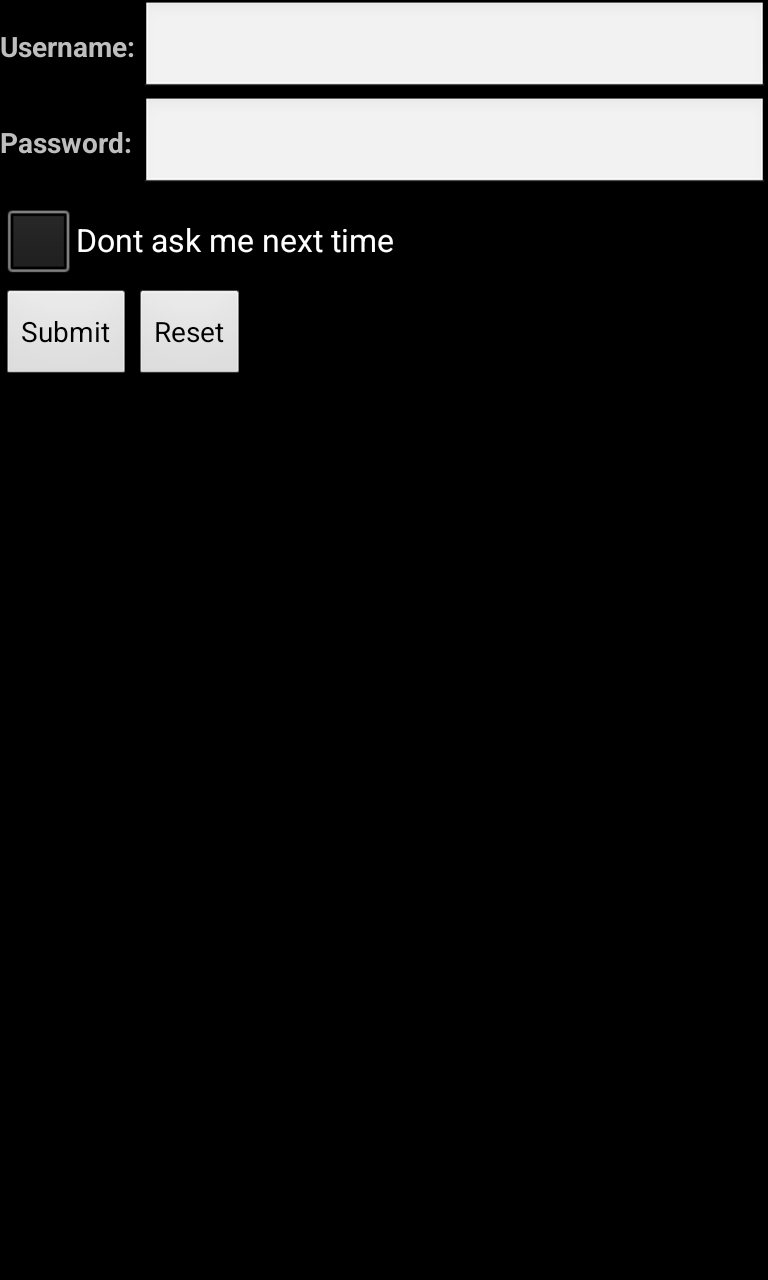
Repository: World-Three-Technologies/Masxaro-Prototype
Layout: Android/W3T/res/layout/main_login.xml
An editor plug-in stored every save of this project. The layout is shown before and after the next save, followed by the edit.
It is drawn on a 768 x 1280 px phone screen (xhdpi) without system bars, with theme android:Theme; the app's code is not run.

Above is the layout before, as saved 2011-06-03 08:18:01.

### Android/W3T/res/layout/main_login.xml
<?xml version="1.0" encoding="utf-8"?>
<LinearLayout xmlns:android="http://schemas.android.com/apk/res/android"
    android:layout_width="fill_parent"
    android:layout_height="fill_parent"
    android:orientation="vertical"
>
	<LinearLayout android:orientation="vertical"
		android:layout_width="fill_parent" android:layout_height="wrap_content"
	>
		<TableLayout android:layout_width="fill_parent"
		    android:layout_height="fill_parent"
		    android:stretchColumns="1"
		    android:shrinkColumns="0"
	    >
			<TableRow>
				<TextView android:text="@string/main_label_user"
					android:textStyle="bold"
					android:gravity="left"
					android:paddingRight="3dip"
				/>
				<EditText android:id="@+id/username"
		    		android:layout_height="wrap_content"
				/>
			</TableRow>

		    <TableRow>
				<TextView android:text="@string/main_label_password"
					android:textStyle="bold"
					android:gravity="left"
					android:paddingRight="3dip"
				/>
				<EditText android:id="@+id/password"
		    		android:layout_height="wrap_content"
		    		android:inputType="textPassword"
				/>
			</TableRow>
		</TableLayout>
	</LinearLayout>

    <CheckBox android:id="@+id/keep_login_box"
		android:text="@string/keep_login_label"
		android:layout_height="wrap_content" android:layout_width="fill_parent"
		android:layout_gravity="left"
	/>


	<LinearLayout android:orientation="horizontal"
		android:layout_width="fill_parent" android:layout_height="wrap_content"
		android:layout_gravity="right"
	>
		<Button android:text="Submit"
			android:id="@+id/submit_button"
			android:layout_height="wrap_content" android:layout_width="wrap_content"
		/>
	    <Button android:text="Reset"
			android:id="@+id/reset_button"
			android:layout_height="wrap_content" android:layout_width="wrap_content"
		/>
	</LinearLayout>

</LinearLayout>

### Android/W3T/res/values/strings.xml
<?xml version="1.0" encoding="utf-8"?>
<resources>
    <string name="app_name">W3T_app</string>
    <string name="main_label_user">Username:</string>
    <string name="main_label_password">Password:</string>
    <string name="main_button_submit">Submit</string>
    <string name="main_button_cancel">Cancel</string>
    <string name="user_info">User</string>
    <string name="receipt_info">Receipt</string>
    <string name="nfc">nfc_view</string>
    <string name="user_info_name_label">Name:</string>
    <string name="user_info_account_name_label">Account Name:</string>
    <string name="receipt_info_sort_label">Sort By:</string>
    <string name="receipt_info_total_label">Total:</string>
    <string name="receipt_info_store_name_label">Store Name:</string>
    <string name="receipt_info_date_label">Date:</string>
    <string name="receipt_info_id_label">Receipt ID:</string>
    <string name="receipt_info_list_label">Select a receipt:</string>
    <string name="NFC_text">NFC Communicating</string>
    <string name="keep_login_label">Dont ask me next time</string>
    <string name="configuration">Settings</string>
</resources>

After the next save:
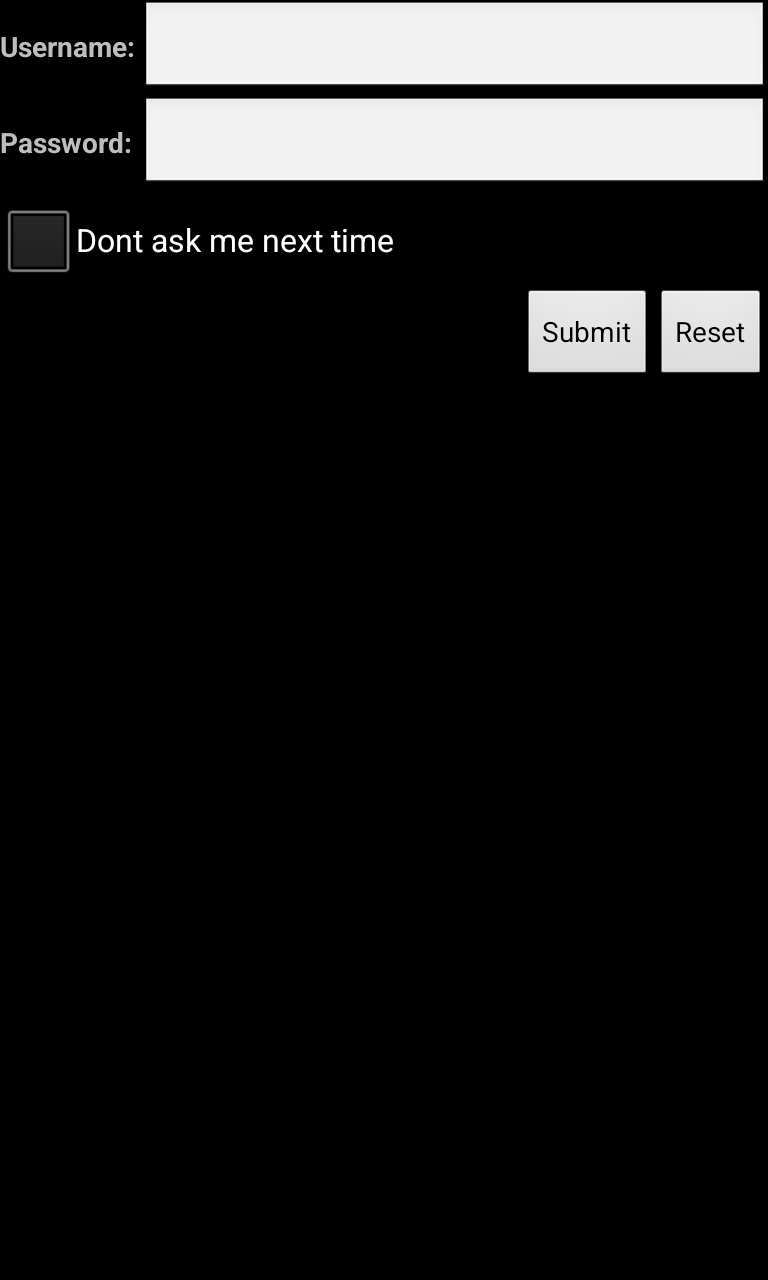
Saved 9 s later.
--- a/Android/W3T/res/layout/main_login.xml
+++ b/Android/W3T/res/layout/main_login.xml
@@ -46,7 +46,7 @@
 
 	<LinearLayout android:orientation="horizontal"
 		android:layout_width="fill_parent" android:layout_height="wrap_content"
-		android:layout_gravity="right"
+		android:gravity="right"
 	>
 		<Button android:text="Submit"
 			android:id="@+id/submit_button"
